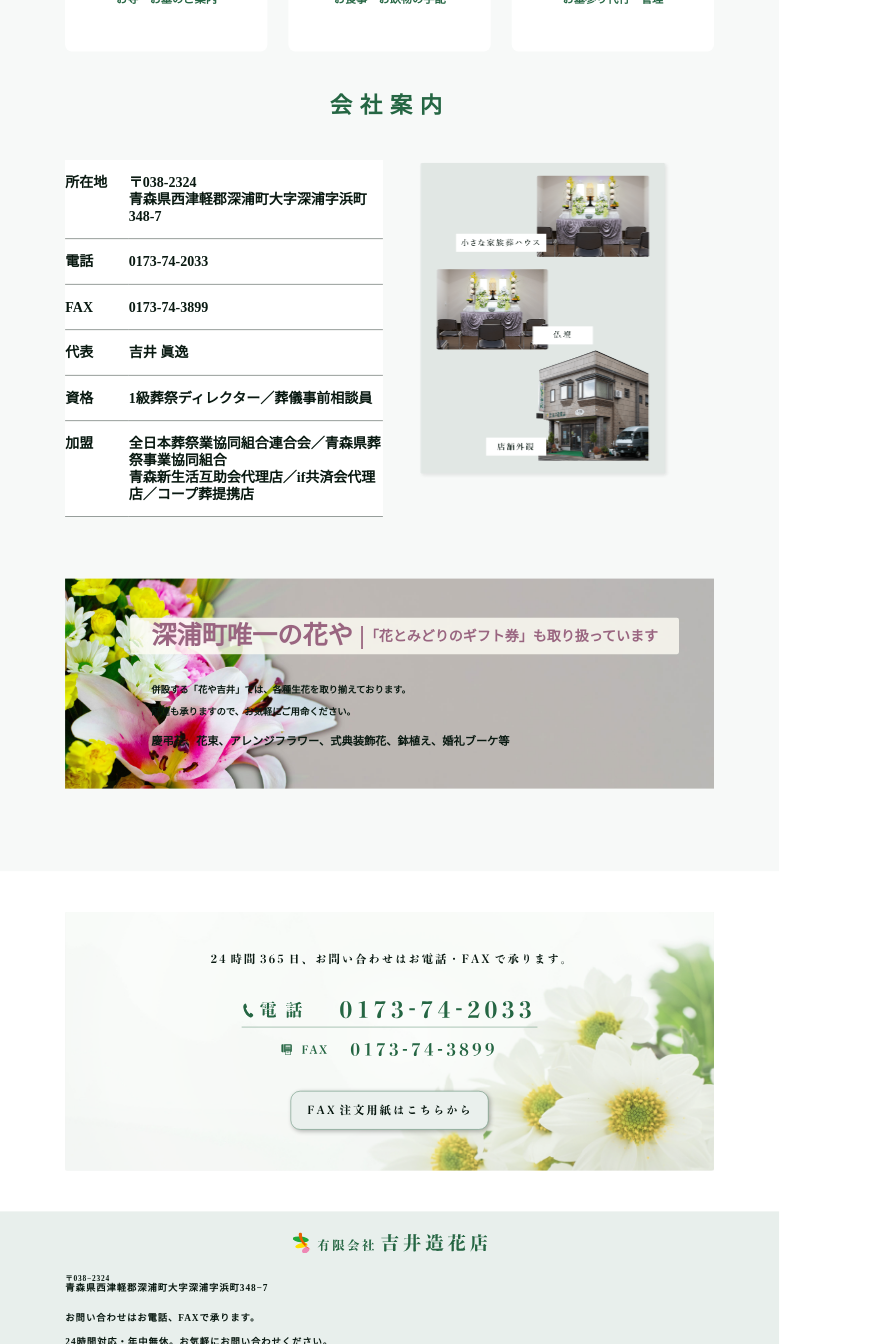
Repository: plus-agc-service-yamauchi/yoshii_scratch_ver3
Page: about.html
The author's editor kept a copy of each file at every save. The page is drawn from the files as they stood at one save, then again after the next save.
The browser window is 1280 px wide. The pictures show the part of the page from y = 1091 to 3011 px (the page is 3728 px tall before and 3752 px after), at 70% of full size.
Pictures or frames that could not be fetched are drawn as grey boxes. Some web libraries are served in a nearby version. The style sheet was rebuilt from its Sass, Less or Tailwind sources for each picture, by a compiler version that may differ from the author's.

Above is the page before, as saved 2021-02-01 15:08:14.
Console error (its wording comes from the project's code and is left out).

After the next save:
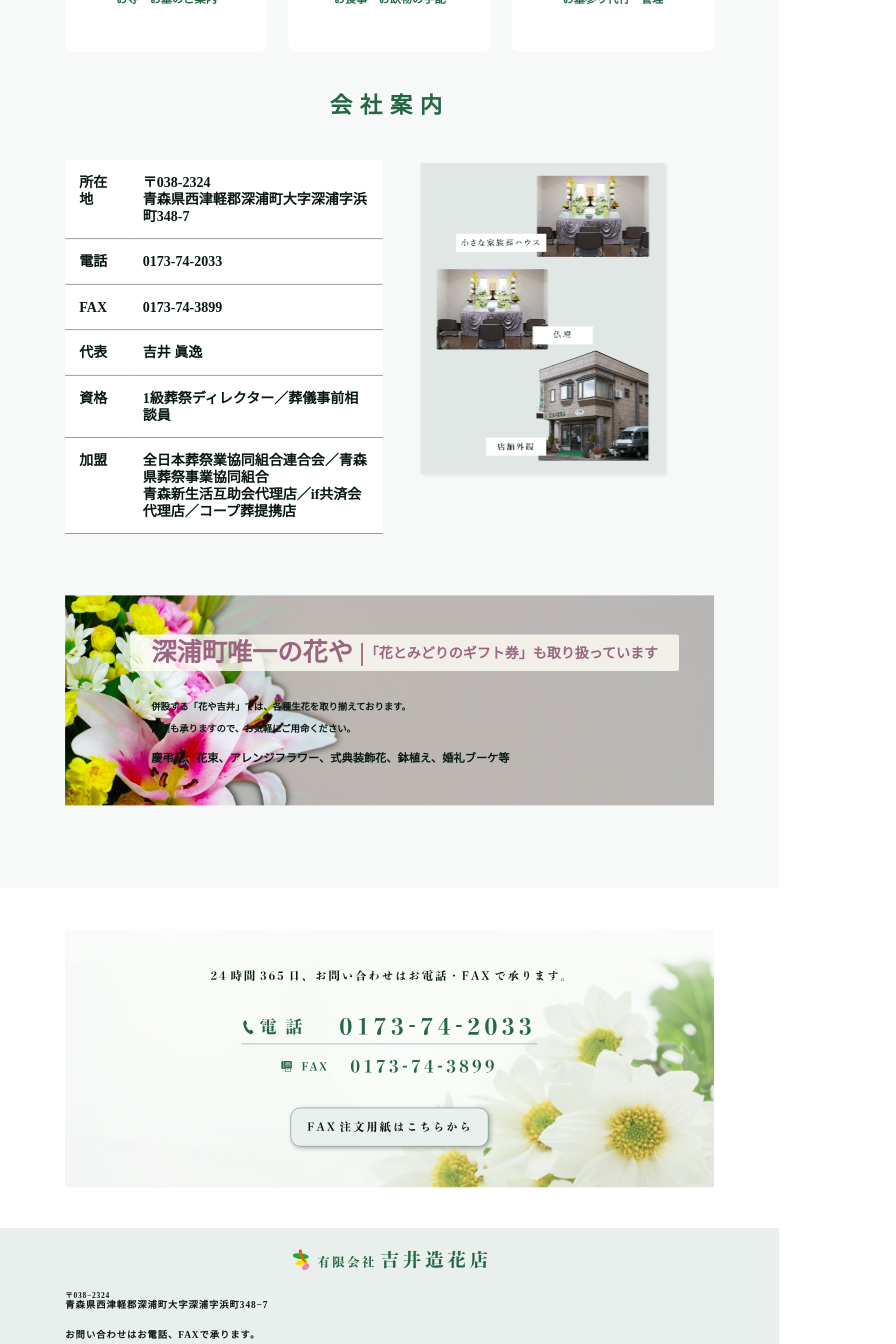
Saved 36 s later.
--- a/scss/about.scss
+++ b/scss/about.scss
@@ -236,7 +236,7 @@ td.tdr {
     line-height: 2.4rem;
     letter-spacing: 1.8;
     width: 20%;
-    padding: 20px 0;
+    padding: 20px 20px;
     color: #091911;
   }
 
@@ -245,7 +245,7 @@ td.tdr {
     font-size: 20px;
     line-height: 2.4rem;
     letter-spacing: 1.8;
-    padding: 20px 0;
+    padding: 20px 20px;
     color: #091911;
   }
 }
